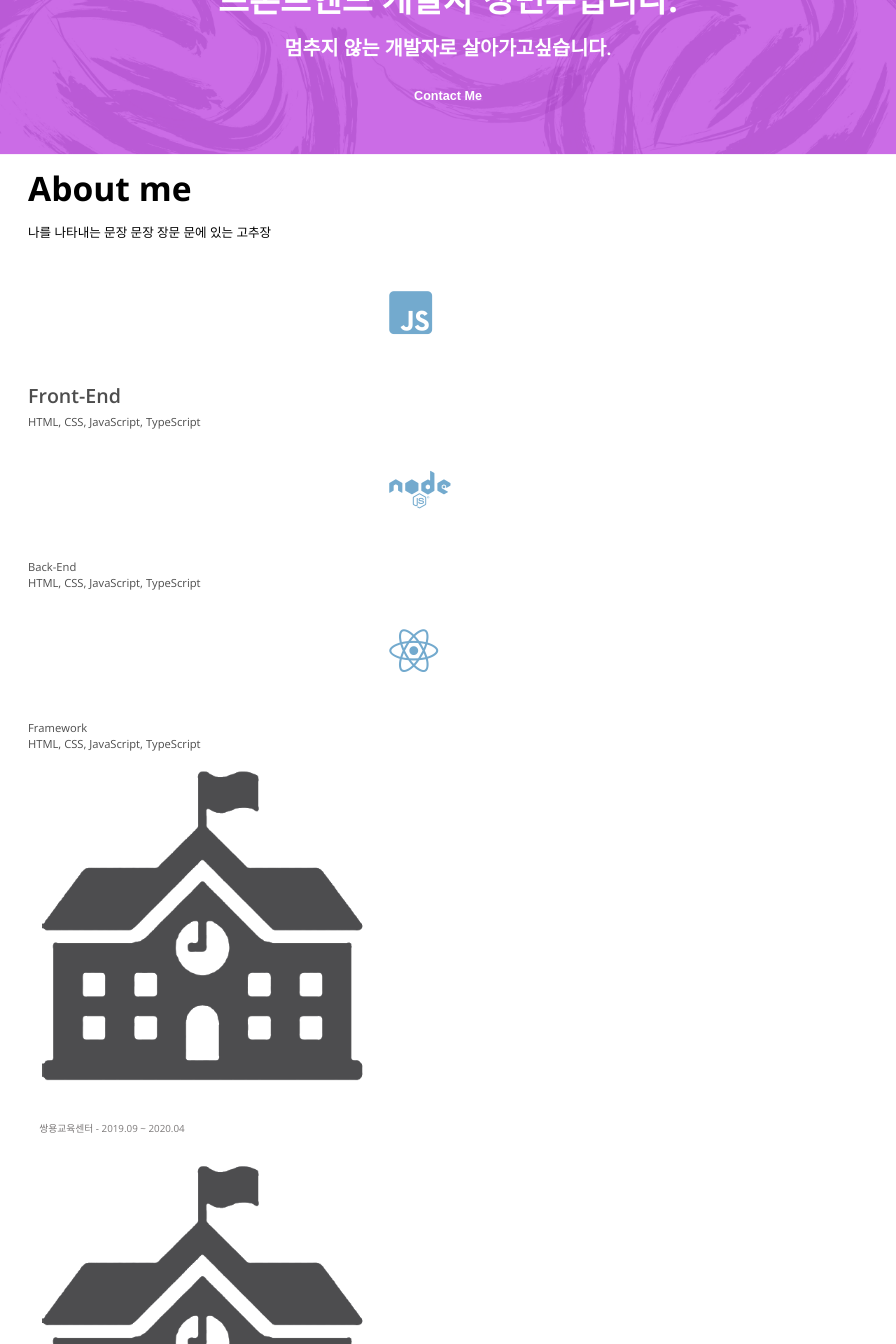
Repository: DevMinwoo-Jung/MinwooPortfolio
Page: index.html
An editor plug-in stored every save of this project. The page is shown before and after the next save, followed by the edit.
The browser window is 1280 px wide. The pictures show the part of the page from y = 1183 to 3103 px (the page is 7981 px tall before and 8008 px after), at 70% of full size.

Above is the page before, as saved 2021-05-31 15:02:29.

### index.html
<!DOCTYPE html>
<html lang="en">
<head>
  <meta charset="UTF-8">
  <meta http-equiv="X-UA-Compatible" content="IE=edge">
  <meta name="viewport" content="width=device-width, initial-scale=1.0">
  <title>Minwoo's Portfolio</title>
  <meta name="description" content="(will be) world-renowned Front-End Web developer Minwoo">
  <meta name="author" content= "Minwoo Jung">
  <link rel="icon" type ="image/png" href="imgs/favicon.png">
  <link rel="stylesheet" href="https://use.fontawesome.com/releases/v5.15.3/css/all.css" integrity="sha384-SZXxX4whJ79/gErwcOYf+zWLeJdY/qpuqC4cAa9rOGUstPomtqpuNWT9wdPEn2fk" crossorigin="anonymous">
  <link rel="preconnect" href="https://fonts.gstatic.com">
<link href="https://fonts.googleapis.com/css2?family=Open+Sans:wght@400;600;700&display=swap" rel="stylesheet">
<link rel="stylesheet" href="style.css">
<script src="main.js" defer></script>
</head>
<body>
  <h1>Heading</h1>
  <h2>Heading</h2>
  <h3>Heading</h3>
  <p>Paragraph</p>
  <!-- Navbar -->
  <nav id="navbar">
    <div class="navbar__logo">
      <img src="imgs/favicon.png" alt="">
      <a href="#">Minwoo</a>
    </div>
      <ul class="nvabar__menu">
        <li class="navbar__menu__item--active">Home</li>
        <li class="navbar__menu__item">About</li>
        <li class="navbar__menu__item">Skills</li>
        <li class="navbar__menu__item">My work</li>
        <li class="navbar__menu__item">Testimonial</li>
        <li class="navbar__menu__item">Contact</li>
      </ul>
  </nav>
  <!-- Home -->
  <section id="home">
    <img src="imgs/myPhoto.jpg" alt="Minwoo's profile photo" class="home__avatar">
    <h1 class="home__title">반갑습니다. <br> 프론트엔드 개발자 정민우입니다.</h1>
    <h2 class="home__description">멈추지 않는 개발자로 살아가고싶습니다.</h2>
    <button class="home__contact">Contact Me</button>
  </section>
  <!-- About -->
  <section id="about" class="section__container">
    <h1>About me</h1>
    <p>나를 나타내는 문장 문장 장문 문에 있는 고추장</p>
    <div class="about__majors">
      <div class="major">
        <div class="major__icon">
          <i class="fab fa-js-square"></i>
        </div>
        <h2 class="major__title">Front-End</h2>
        <div class="major__description">
          HTML, CSS, JavaScript, TypeScript
        </div>
      </div>
      <div class="major">
        <div class="major__icon">
          <i class="fab fa-node"></i>
        </div>
        <div class="major__title">Back-End</div>
        <div class="major__description">
          HTML, CSS, JavaScript, TypeScript
        </div>
      </div>
      <div class="major">
        <div class="major__icon">
          <i class="fab fa-react"></i>
        </div>
        <div class="major__title">Framework</div>
        <div class="major__description">
          HTML, CSS, JavaScript, TypeScript
        </div>
      </div>
    </div>
    <div class="aoubt__jobs">
      <div class="job">
        <img src="imgs/school.png" alt="" class="job__logo">
      </div>
      <div class="job__description">
        <p class="job__period">쌍용교육센터 - 2019.09 ~ 2020.04</p>
      </div>
      <div class="job">
        <img src="imgs/school.png" alt="" class="job__logo">
      </div>
      <div class="job__description">
        <p class="job__period">호서대학교 - 2012.02 ~ 2017.02</p>
      </div>
    </div>



  </section>
  <!-- Skills -->
  <section id="skills" class="section">
    <div class="section__container">
      <h1>Skills</h1>
      <h2>Skills & Attributes</h2>
      <p>
        나를 잘 포장할 말을 쓰면 된다
      </p>
      <div class="skillset">
        <div class="skillset__left">
          <h3 class="skillset__title">Skills</h3>
          <div class="skill">
            <div class="skill__description">
              <span>HTML</span>
              <span>90%</span>
            </div>
            <div class="skill__bar">
              <div class="skill__value" style="width: 99%;"></div>
            </div>
          </div>
          <div class="skill">
            <div class="skill__description">
              <span>JavaScript</span>
              <span>90%</span>
            </div>
            <div class="skill__bar">
              <div class="skill__value"  style="width: 99%;"></div>
            </div>
          </div>
          <div class="skill">
            <div class="skill__description">
              <span>CSS</span>
              <span>90%</span>
            </div>
            <div class="skill__bar">
              <div class="skill__value"  style="width: 90%;"></div>
            </div>
          </div>
          <div class="skill">
            <div class="skill__description">
              <span>TypeScript</span>
              <span>90%</span>
            </div>
            <div class="skill__bar">
              <div class="skill__value"  style="width: 85%;"></div>
            </div>
          </div>
          <div class="skill">
            <div class="skill__description">
              <span>NodeJs</span>
              <span>90%</span>
            </div>
            <div class="skill__bar">
              <div class="skill__value"  style="width: 80%;"></div>
            </div>
          </div>
        </div>
        <div class="skillset__right">
          <div class="tools">
            <h3 class="skillset__title">Tools</h3>
            <ul class="tools__list">
              <li><span>Visual Studio Code</span></li>
              <li><span>1</span></li>
              <li><span>2</span></li>
              <li><span>3</span></li>
              <li><span>4</span></li>
            </ul>
          </div>
          <div class="etc">
            <h3 class="skillset__title">Etc</h3>
            <ul class="etc__list">
              <li><span>Git</span></li>
              <li><span>Etc</span></li>
            </ul>
          </div>
        </div>
      </div>
    </div>
  </section>
  <!-- Work -->
  <section id="work" class="section">
    <h1>My work</h1>
    <h3>Projects</h3>
    <div class="work__categories">
      <button class="category__btn">All <span class="category__count">8</span></button>
      <button class="category__btn">Front-End <span class="category__count">3</span></button>
      <button class="category__btn">React <span class="category__count">2</span></button>
      <button class="category__btn">vanilaJs <span class="category__count">2</span></button>
      <button class="category__btn">nodeJs <span class="category__count">1</span></button>
    </div>
    <div class="wrok__projects">
      <a href="mygithub" class="project__img" target="blank" data-type="back-end">
      <img src="imgs/favicon.png" alt="project1">
      <!-- 이미지 추후에 넣자 -->
      <div class="project__description">
        <h3>Proejct</h3>
        <span>Clone coding with HTML and CSS</span>
      </div>
      </a>
      <a href="mygithub" class="project__img" target="blank" data-type="back-end">
        <img src="imgs/favicon.png" alt="project1">
        <!-- 이미지 추후에 넣자 -->
        <div class="project__description">
          <h3>Proejct</h3>
          <span>Clone coding with HTML and CSS</span>
        </div>
        </a>
        <a href="mygithub" class="project__img" target="blank" data-type="back-end">
          <img src="imgs/favicon.png" alt="project1">
          <!-- 이미지 추후에 넣자 -->
          <div class="project__description">
            <h3>Proejct</h3>
            <span>Clone coding with HTML and CSS</span>
          </div>
          </a>
          <a href="mygithub" class="project__img" target="blank" data-type="back-end">
            <img src="imgs/favicon.png" alt="project1">
            <!-- 이미지 추후에 넣자 -->
            <div class="project__description">
              <h3>Proejct</h3>
              <span>Clone coding with HTML and CSS</span>
            </div>
            </a>
    </div>
  </section>
  <!-- Testimonials -->
  <section id="testimonials" class="section">
    <h1>Testmonials</h1>
    <h3>See what they say about me</h3>
    <div class="testmonials">
      <div class="testimonial">
        <img src="imgs/testimonail/people.jpg" alt="" class="testimonial__avatar">
        <div class="testimonail__speech-bubble">
          <p>qmffkqmffk</p>
          <p class="name"><a href="">이름</a>일한곳</p>
        </div>
      </div>
      <div class="testimonial">
        <img src="imgs/testimonail/people.jpg" alt="" class="testimonial__avatar">
        <div class="testimonail__speech-bubble">
          <p>qmffkqmffk</p>
          <p class="name"><a href="">이름</a>일한곳</p>
        </div>
      </div>
    </div>
  </section>
  <!-- Contact -->
  <section id="contact" class="section">
    <h1 class="contact__title">Let's talk</h1>
    <h2 class="contact__email">applejung312@gmail.com</h2>
    <div class="contact__links">
      <a href="https://github.com/DevMinwoo-Jung" target="_blank">
        <i class="fab fa-github"></i>
      </a>
      <a href="https://dev-minwoo.tistory.com/" target="_blank">
        <i class="fas fa-blog"></i>
      </a>
    </div>
    <p class="contact__right">
      2021 Minwoo Jung - All rights reseverd
    </p>
  </section>
</body>
</html>

### style.css
/* Global */
:root {
  /* Color */
  --color-white: #ffffff;
  --color-light-white: #eeeeee;
  --color-dark-white: #bdbdbd;
  --color-pink: #fe918d;
  --color-dark-pink: #ff6863;
  --color-dark-grey: #4d4d4d;
  --color-grey: #616161;
  --color-light-grey: #7c7979;
  --color-blue: #73aace;
  --color-yellow: #fff7d1;
  --color-orange: #feb546;
  --color-black: #000000;
  --color-dard-purple: rgb(78, 23, 69);

  /* Font size */
  --font-large: 48px;
  --font-medium: 28px;
  --font-regular: 18px;
  --font-small: 16px;
  --font-micro: 14px;

  /* Font weight */
  --weight-bold: 700;
  --weight-semi-bold: 600;
  --weight-regular: 400;

  /* Size */
  --size-border-radius: 4px;

  /* Animation Duration */
  --animation-duration: 300ms;
}

/* Universal tags */
* {
  box-sizing: border-box;
}

/* Typography */
h1 {
  font-size: var(--font-large);
  font-weight: var(--weight-bold);
  color: var(--color-black);
  margin: 16px 0px;
}

h2 {
  font-size: var(--font-medium);
  font-weight: var(--weight-semi-bold);
  color: var(--color-black);
  margin: 8px 0;
}

h3 {
  font-size: var(--font-regular);
  font-weight: var(--weight-regular);
  color: var(--color-black);
  margin: 8px 0;
}

p {
  font-size: var(--font-regular);
  font-weight: var(--weight-regular);
  color: var(--color-black);
  margin: 16px 0;
}

body {
  margin: 0;
  font-family: "Open Sans", sans-serif;
  cursor: default;
}

a {
  text-decoration: none;
  color: var(--color-white);
}

ul {
  list-style: none;
  padding-left: 0;
}

li {
  list-style: none;
}

button {
  background-color: transparent;
  cursor: pointer;
  border: none;
  outline: none;
}

/* Navbar */
#navbar {
  display: flex;
  justify-content: space-between;
  background-color: purple;
  align-items: center;
  color: var(--color-white);
  padding: 16px;
}

.navbar__menu {
  display: flex;
}

.navbar__menu__item {
  padding: 8px 12px;
  margin: 0 4px;
  cursor: pointer;
  border-radius: var(--size-border-radius);
}

.navbar__logo {
  font-size: var(--font-medium);
  font-weight: var(--weight-semi-bold);
}

.navbar__menu__item--active {
  border: 1px solid var(--color-white);
}

.navbar__menu__item:hover {
  background-color: var(--color-dard-purple);
}

/* Home */
#home {
  background: url("imgs/background\ Img.png") center/cover no-repeat;
  padding: 40px;
  text-align: center;
}

.home__avatar {
  width: 250px;
  height: 250px;
  border-radius: 50%;
  border: 2px solid var(--color-white);
}

.home__title,
.home__description {
  color: var(--color-white);
}

.home__contact {
  color: var(--color-white);
  font-size: var(--font-regular);
  font-weight: var(--weight-bold);
  margin: 24px;
  padding: 8px 12px;
  border: 2px solid (var(--color-white));
  border-radius: var(--size-border-radius);
}

/* Section common */
.section {
  margin: auto;
  padding: 50px;
  text-align: center;
}

.section__container {
  max-width: 1200px;
  margin: auto;
}

/* About */
.aoubt__majors {
  display: flex;
  justify-content: space-between;
  margin: 80px 0;
}

.major__icon {
  width: 170px;
  height: 170px;
  font-size: 70px;
  line-height: 170px;
  margin: auto;
  border: 1px solid var(--color-white);
  border-radius: 50%;
  margin-bottom: 16px;
  color: var(--color-blue);
}

.major__icon:hover i {
  color: var(--color-pink);
  transform: rotate(-30deg) scale(1.1);
}

.major__icon i {
  transition: all var(--animation-duration) ease;
}

/*
.major__icon i:hover{
  이렇게하면 i에 올려났을때만 변하지만
  위처럼하면 icon에 올렸을때 i만 변한다
  color: var(--color-pink);
  transform: rotate(-30deg) scale(1.1);
} */

.major__title,
.major__description {
  color: var(--color-dark-grey);
}

.major__description {
  font-size: var(--font-small);
}

.job {
  display: flex;
  align-items: center;
}

.job__description {
  margin: 0 16px;
  text-align: left;
}

.job__name,
.job__period {
  color: var(--color-light-grey);
}

.job__name {
  font-size: var(--font-small);
}

.job__period {
  font-size: var(--font-micro);
}

/* Skill */
#skills {
  background-color: var(--color-yellow);
}

.skillset {
  display: flex;
  background-color: var(--color-light-grey);
  color: var(--color-light-white);
  margin: 20px 0;
}

.skillset__title {
  color: var(--color-white);
}

.skillset__left {
  flex-basis: 60%;
  background-color: var(--color-dark-grey);
  color: var(--color-white);
  padding: 20px 40px;
}

.skill__description {
  display: flex;
  justify-content: space-between;
}

.skillset__right {
  flex-basis: 40%;
}

.tools {
  background-color: var(--color-grey);
}

.skill__bar {
  width: 100%;
  height: 3px;
  background-color: var(--color-grey);
}

.skill {
  margin-bottom: 32px;
}

.skill__value {
  height: 3px;
  background-color: var(--color-orange);
}

.tolls,
.etx {
  padding: 20px;
}

Loaded but not shown: main.js (no copy from this time; the picture is the same without it)

After the next save:
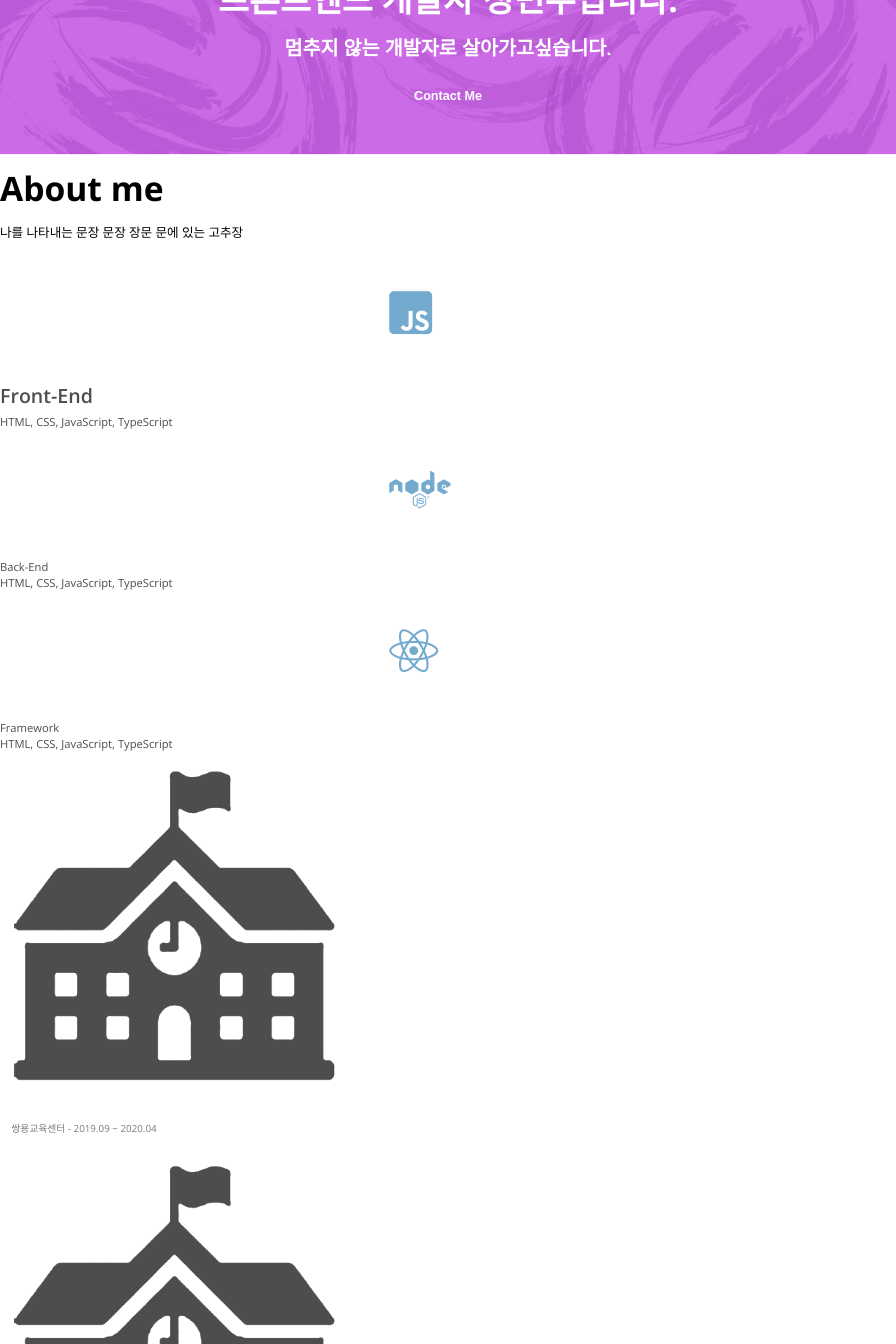
Saved 45 s later.
--- a/style.css
+++ b/style.css
@@ -163,11 +163,7 @@
   margin: auto;
   padding: 50px;
   text-align: center;
-}
-
-.section__container {
   max-width: 1200px;
-  margin: auto;
 }
 
 /* About */
@@ -237,59 +233,3 @@
 .job__period {
   font-size: var(--font-micro);
 }
-
-/* Skill */
-#skills {
-  background-color: var(--color-yellow);
-}
-
-.skillset {
-  display: flex;
-  background-color: var(--color-light-grey);
-  color: var(--color-light-white);
-  margin: 20px 0;
-}
-
-.skillset__title {
-  color: var(--color-white);
-}
-
-.skillset__left {
-  flex-basis: 60%;
-  background-color: var(--color-dark-grey);
-  color: var(--color-white);
-  padding: 20px 40px;
-}
-
-.skill__description {
-  display: flex;
-  justify-content: space-between;
-}
-
-.skillset__right {
-  flex-basis: 40%;
-}
-
-.tools {
-  background-color: var(--color-grey);
-}
-
-.skill__bar {
-  width: 100%;
-  height: 3px;
-  background-color: var(--color-grey);
-}
-
-.skill {
-  margin-bottom: 32px;
-}
-
-.skill__value {
-  height: 3px;
-  background-color: var(--color-orange);
-}
-
-.tolls,
-.etx {
-  padding: 20px;
-}

After the save that followed:
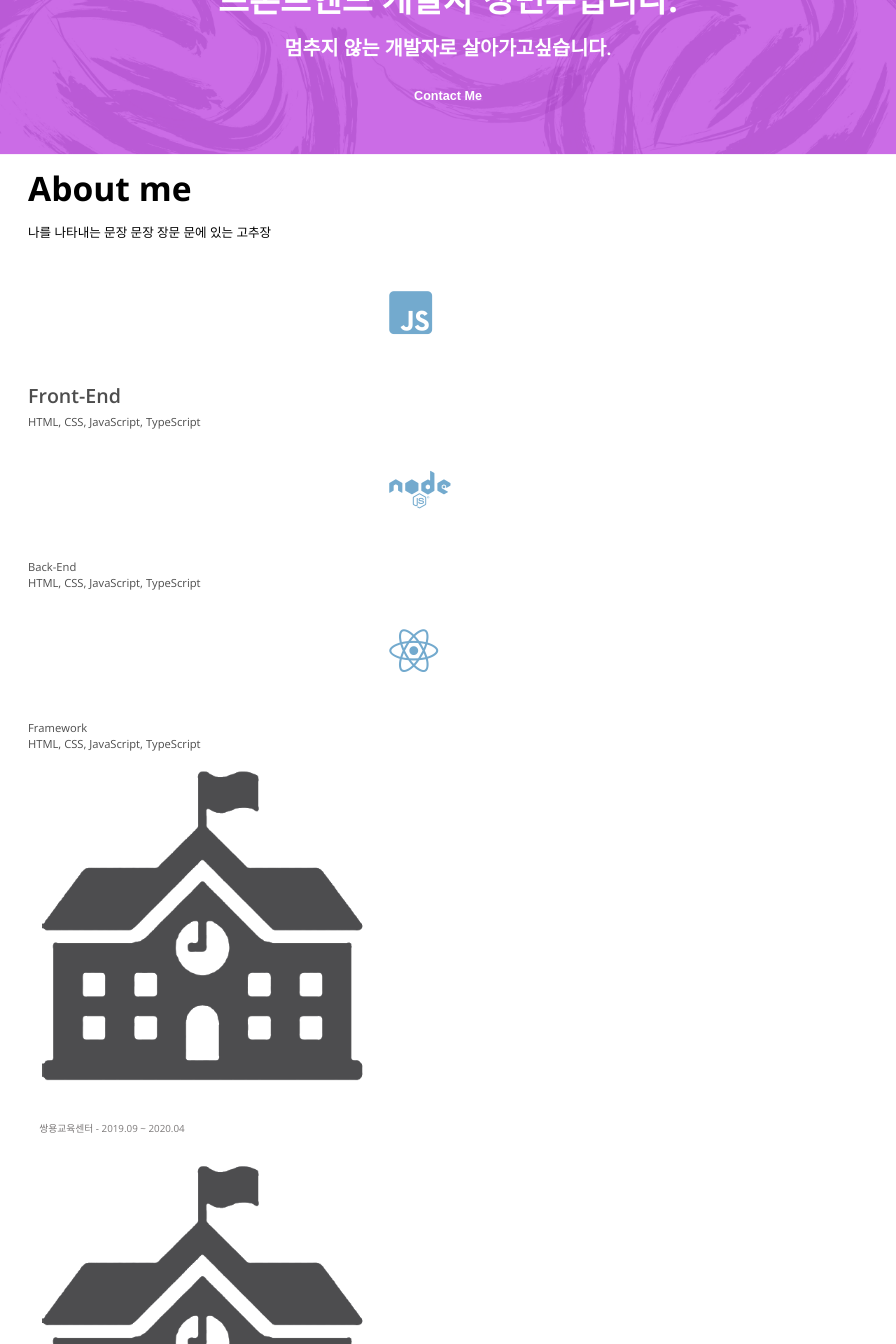
Saved 7 s later.
--- a/style.css
+++ b/style.css
@@ -163,7 +163,11 @@
   margin: auto;
   padding: 50px;
   text-align: center;
+}
+
+.section__container {
   max-width: 1200px;
+  margin: auto;
 }
 
 /* About */
@@ -233,3 +237,59 @@
 .job__period {
   font-size: var(--font-micro);
 }
+
+/* Skill */
+#skills {
+  background-color: var(--color-yellow);
+}
+
+.skillset {
+  display: flex;
+  background-color: var(--color-light-grey);
+  color: var(--color-light-white);
+  margin: 20px 0;
+}
+
+.skillset__title {
+  color: var(--color-white);
+}
+
+.skillset__left {
+  flex-basis: 60%;
+  background-color: var(--color-dark-grey);
+  color: var(--color-white);
+  padding: 20px 40px;
+}
+
+.skill__description {
+  display: flex;
+  justify-content: space-between;
+}
+
+.skillset__right {
+  flex-basis: 40%;
+}
+
+.tools {
+  background-color: var(--color-grey);
+}
+
+.skill__bar {
+  width: 100%;
+  height: 3px;
+  background-color: var(--color-grey);
+}
+
+.skill {
+  margin-bottom: 32px;
+}
+
+.skill__value {
+  height: 3px;
+  background-color: var(--color-orange);
+}
+
+.tolls,
+.etx {
+  padding: 20px;
+}
